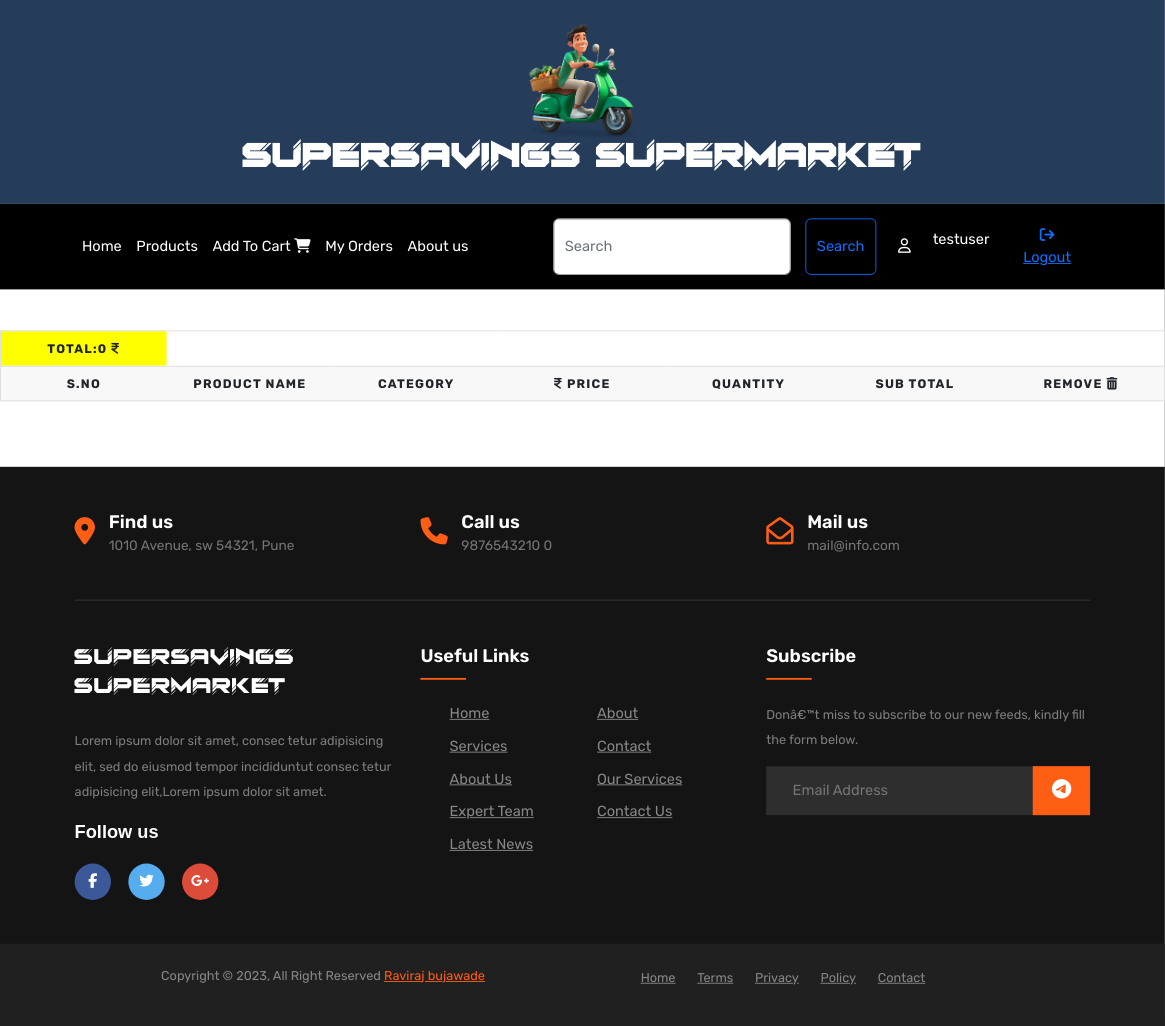
Repository: Raviraj39/SuperSaving-Online-Supermarket-Website
Page: http://localhost/Super_market/mycart.jsp
These files come from the project's save history. The page is drawn as it stood at one moment and after the next save; the edit follows.
The browser window is 1280 px wide. The pictures show the whole page, at 91% of full size.
The page is served by Tomcat 9. The session is filled in as if someone had signed in: {"username": "testuser", "email": "test@example.com"}. Other server files are loaded and not shown. Queries for data that is not in the repository find no rows.

Above is the page before, as saved 2023-12-28 13:11:30.

### Super_market/src/main/webapp/mycart.jsp
<%@ page language="java" contentType="text/html; charset=ISO-8859-1"
    pageEncoding="ISO-8859-1"%>
<!DOCTYPE html>
<html>
<head>
<meta charset="ISO-8859-1">
<title>SuperSaving Supermarket</title>
<link rel="stylesheet" href="css/homestyle.css">
<link rel="stylesheet" href="https://cdnjs.cloudflare.com/ajax/libs/font-awesome/6.5.1/css/all.min.css" integrity="sha512-DTOQO9RWCH3ppGqcWaEA1BIZOC6xxalwEsw9c2QQeAIftl+Vegovlnee1c9QX4TctnWMn13TZye+giMm8e2LwA==" crossorigin="anonymous" referrerpolicy="no-referrer" />
<link href="https://cdn.jsdelivr.net/npm/bootstrap@5.2.3/dist/css/bootstrap.min.css" rel="stylesheet"
		integrity="sha384-rbsA2VBKQhggwzxH7pPCaAqO46MgnOM80zW1RWuH61DGLwZJEdK2Kadq2F9CUG65" crossorigin="anonymous">

<link rel="preconnect" href="https://fonts.googleapis.com">
<link rel="preconnect" href="https://fonts.gstatic.com" crossorigin>
<link href="https://fonts.googleapis.com/css2?family=Rubik:ital,wght@0,300;0,400;0,500;0,600;0,700;0,800;0,900;1,300;1,400;1,500;1,600;1,700;1,800;1,900&display=swap"
		rel="stylesheet"></head>

<body>


<%@ include file="Header.jsp"  %>


<div style="color: white; text-align: center; font-size: 30px;">My Cart <i class='fas fa-cart-arrow-down'></i></div>


<%
		String msg=request.getParameter("msg");
if("notpossible".equals(msg))
{
%>
<p class="alert">There is only one Quantity! So click on remove!</p>
<%} %>


<%
if("inc".equals(msg))
{
%>
<p class="alert">Quantity  Increased Successfully!</p>
<%} %>
<%
if("dec".equals(msg))
{
%>
<p class="alert">Quantity  Decreased Successfully!</p>
<%} %>
<%
if("removed".equals(msg))
{
%>
<p class="alert">Product Successfully Removed!</p>
<%} %>
<table>
<thead>


  <%

      	int total=0;
      	int sno=0;

		try {
			Class.forName("com.mysql.cj.jdbc.Driver");

			Connection conn = DriverManager.getConnection("jdbc:mysql://localhost:3306/super_marketone","root","root");
			Statement stat = conn.createStatement();
			String email=session.getAttribute("email").toString();
			ResultSet rs=stat.executeQuery("select sum(total) from cart where email='"+email+"' " );
			while(rs.next()) {
				total=rs.getInt(1);
	%>

          <tr>
            <th scope="col" style="background-color: yellow;">Total:<%out.println(total); %> <i class="fa fa-inr"></i> </th>
          <%if(total>0){ %>

            <th scope="col"><a href="addpayment.jsp">Proceed to order</a></th><%} %>
          </tr>
        </thead>
        <thead>
          <tr>
          <th scope="col">S.No</th>
            <th scope="col">Product Name</th>
            <th scope="col">Category</th>
            <th scope="col"><i class="fa fa-inr"></i> price</th>
            <th scope="col">Quantity</th>
            <th scope="col">Sub Total</th>
            <th scope="col">Remove <i class='fas fa-trash-alt'></i></th>
          </tr>
        </thead>
        <tbody>

    <%
	ResultSet rs1=stat.executeQuery("select * from addproductadmin inner join cart on addproductadmin.p_id = cart.productid and cart.email='"+email+"' and cart.address is NULL" );
    while(rs1.next()) {


    %>
          <tr>
			<%sno =sno+1; %>
           <td><% out.println(sno); %></td>
            <td><%= rs1.getString(2) %></td>
            <td><%= rs1.getString(3) %></td>
            <td><i class="fa fa-inr"></i><%= rs1.getString(4) %> </td>
            <td><a href="incrdecre.jsp?id=<%= rs1.getString(1) %>&quantity=inc"><i class='fas fa-plus-circle'></i></a><%= rs1.getString(8) %>  <a href="incrdecre.jsp?id=<%= rs1.getString(1) %>&quantity=dec"><i class='fas fa-minus-circle'></i></a></td>
            <td><i class="fa fa-inr"></i><%= rs1.getString(10) %> </td>
            <td><a href="removeproduct.jsp?id=<%= rs1.getString(1) %>">Remove <i class='fas fa-trash-alt'></i></a></td>
          </tr>
          	<%
    }	}
        }catch(Exception e) {
			e.printStackTrace();
		}


          %>




        </tbody>
      </table>
      <br>
      <br>
      <br>

 <%@ include file="Footer.jsp" %>
</body>
</html>

### Super_market/src/main/webapp/Header.jsp
<%@ page language="java" contentType="text/html; charset=ISO-8859-1"
    pageEncoding="ISO-8859-1"%>
    <%@page import ="java.sql.*"%>
    <%@page import ="java.io.IOException" %>
    <%@ page import ="java.io.PrintWriter"%>
    <%@ page import ="javax.servlet.*" %>
    <%

    %>
<!DOCTYPE html>
<html>
<head>
<meta charset="ISO-8859-1">
<title>SuperSaving Supermarket</title>
<link rel="stylesheet" href="css/home.css">
<link rel="stylesheet" href="https://cdnjs.cloudflare.com/ajax/libs/font-awesome/6.5.1/css/all.min.css" integrity="sha512-DTOQO9RWCH3ppGqcWaEA1BIZOC6xxalwEsw9c2QQeAIftl+Vegovlnee1c9QX4TctnWMn13TZye+giMm8e2LwA==" crossorigin="anonymous" referrerpolicy="no-referrer" />
<link href="https://cdn.jsdelivr.net/npm/bootstrap@5.2.3/dist/css/bootstrap.min.css" rel="stylesheet"
		integrity="sha384-rbsA2VBKQhggwzxH7pPCaAqO46MgnOM80zW1RWuH61DGLwZJEdK2Kadq2F9CUG65" crossorigin="anonymous">

<link rel="preconnect" href="https://fonts.googleapis.com">
<link rel="preconnect" href="https://fonts.gstatic.com" crossorigin>
<link href="https://fonts.googleapis.com/css2?family=Rubik:ital,wght@0,300;0,400;0,500;0,600;0,700;0,800;0,900;1,300;1,400;1,500;1,600;1,700;1,800;1,900&display=swap"
		rel="stylesheet">
</head>
<body>
<div class="container-fluid main_top_nav ">
		<div class="text-center py-4  text-white ">

			<img src="./images/illustrations/BikeDilvery.webp" alt="" class="" height="130px">
			<h3 class="top-nav">SuperSavings Supermarket</h3>
		</div>
	</div>
	<nav class="navbar navbar-expand-lg bg-black text-white  py-3">
		<div class="container text-white">
			<button class="navbar-toggler" type="button" data-bs-toggle="collapse"
				data-bs-target="#navbarSupportedContent" aria-controls="navbarSupportedContent" aria-expanded="false"
				aria-label="Toggle navigation">
				<span class="navbar-toggler-icon"></span>
			</button>
			<div class="collapse navbar-collapse " id="navbarSupportedContent" >
				<ul class="navbar-nav me-auto mb-2 mb-lg-0  ">
					<li class="nav-item">
						<a class="nav-link active text-white" href="./Home.jsp">Home</a>
					</li>
					<li class="nav-item">
						<a class="nav-link text-white" href="./products.jsp">Products</a>
					</li>
					<li class="nav-item">
						<a class="nav-link text-white" href="./mycart.jsp">Add To Cart <i class="fa fa-shopping-cart"></i></a>
					</li>
					<li class="nav-item">
						<a class="nav-link text-white" href="./myorders.jsp">My Orders</a>
					</li>
					<li class="nav-item">
						<a class="nav-link text-white" href="#">About us</a>
					</li>
				</ul>
				<form class="d-flex text-center justify-content-between   " role="search" >
					<input class="form-control me-2" type="search" placeholder="Search" aria-label="Search">
					<button class="btn btn-outline-primary mx-2" type="submit">Search</button>
					<div class="d-flex align-items-center justify-content-between mx-3">
						<div class="">
						<i class="fa-regular fa-user "></i></div>
					<p class="ms-4 "><%= session.getAttribute("username") %></p>
					</div>
					<button class="btn mx-2"> <a href="logout"><i class="fa-solid fa-arrow-right-from-bracket"></i>Logout</a></button>

				</form>
			</div>
		</div>
</nav>

</body>
</html>

### Super_market/src/main/webapp/Footer.jsp
<%@ page language="java" contentType="text/html; charset=ISO-8859-1"
    pageEncoding="ISO-8859-1"%>
<!DOCTYPE html>
<html>
<head>
<meta charset="ISO-8859-1">
<title>SuperSaving Supermarket</title>
<link rel="stylesheet" href="css/home.css">
<link rel="stylesheet" href="https://cdnjs.cloudflare.com/ajax/libs/font-awesome/6.5.1/css/all.min.css" integrity="sha512-DTOQO9RWCH3ppGqcWaEA1BIZOC6xxalwEsw9c2QQeAIftl+Vegovlnee1c9QX4TctnWMn13TZye+giMm8e2LwA==" crossorigin="anonymous" referrerpolicy="no-referrer" />
<link href="https://cdn.jsdelivr.net/npm/bootstrap@5.2.3/dist/css/bootstrap.min.css" rel="stylesheet"
		integrity="sha384-rbsA2VBKQhggwzxH7pPCaAqO46MgnOM80zW1RWuH61DGLwZJEdK2Kadq2F9CUG65" crossorigin="anonymous">

<link rel="preconnect" href="https://fonts.googleapis.com">
<link rel="preconnect" href="https://fonts.gstatic.com" crossorigin>
<link href="https://fonts.googleapis.com/css2?family=Rubik:ital,wght@0,300;0,400;0,500;0,600;0,700;0,800;0,900;1,300;1,400;1,500;1,600;1,700;1,800;1,900&display=swap"
		rel="stylesheet">
</head>
<body>

<footer class="footer-section">
		<div class="container">
			<div class="footer-cta pt-5 pb-5">
				<div class="row">
					<div class="col-xl-4 col-md-4 mb-30">
						<div class="single-cta">
							<i class="fas fa-map-marker-alt"></i>
							<div class="cta-text">
								<h4>Find us</h4>
								<span>1010 Avenue, sw 54321, Pune</span>
							</div>
						</div>
					</div>
					<div class="col-xl-4 col-md-4 mb-30">
						<div class="single-cta">
							<i class="fas fa-phone"></i>
							<div class="cta-text">
								<h4>Call us</h4>
								<span>9876543210 0</span>
							</div>
						</div>
					</div>
					<div class="col-xl-4 col-md-4 mb-30">
						<div class="single-cta">
							<i class="far fa-envelope-open"></i>
							<div class="cta-text">
								<h4>Mail us</h4>
								<span>mail@info.com</span>
							</div>
						</div>
					</div>
				</div>
			</div>
			<div class="footer-content pt-5 pb-5">
				<div class="row">
					<div class="col-xl-4 col-lg-4 mb-50">
						<div class="footer-widget">
							<div class="footer-logo">
								<a href="">SuperSavings Supermarket</a>
							</div>
							<div class="footer-text">
								<p>Lorem ipsum dolor sit amet, consec tetur adipisicing elit, sed do eiusmod tempor
									incididuntut consec tetur adipisicing
									elit,Lorem ipsum dolor sit amet.</p>
							</div>
							<div class="footer-social-icon">
								<span>Follow us</span>
								<a href="#"><i class="fab fa-facebook-f facebook-bg"></i></a>
								<a href="#"><i class="fab fa-twitter twitter-bg"></i></a>
								<a href="#"><i class="fab fa-google-plus-g google-bg"></i></a>
							</div>
						</div>
					</div>
					<div class="col-xl-4 col-lg-4 col-md-6 mb-30">
						<div class="footer-widget">
							<div class="footer-widget-heading">
								<h3>Useful Links</h3>
							</div>
							<ul>
								<li><a href="Home.jsp">Home</a></li>
								<li><a href="#">about</a></li>
								<li><a href="#">services</a></li>
								<li><a href="#">Contact</a></li>
								<li><a href="#">About us</a></li>
								<li><a href="#">Our Services</a></li>
								<li><a href="#">Expert Team</a></li>
								<li><a href="#">Contact us</a></li>
								<li><a href="#">Latest News</a></li>
							</ul>
						</div>
					</div>
					<div class="col-xl-4 col-lg-4 col-md-6 mb-50">
						<div class="footer-widget">
							<div class="footer-widget-heading">
								<h3>Subscribe</h3>
							</div>
							<div class="footer-text mb-25">
								<p>Don’t miss to subscribe to our new feeds, kindly fill the form below.</p>
							</div>
							<div class="subscribe-form">
								<form action="#">
									<input type="text" placeholder="Email Address">
									<button><i class="fab fa-telegram-plane"></i></button>
								</form>
							</div>
						</div>
					</div>
				</div>
			</div>
		</div>
		<div class="copyright-area">
			<div class="container">
				<div class="row">
					<div class="col-xl-6 col-lg-6 text-center text-lg-left">
						<div class="copyright-text">
							<p>Copyright &copy; 2023, All Right Reserved <a href="">Raviraj bujawade</a></p>
						</div>
					</div>
					<div class="col-xl-6 col-lg-6 d-none d-lg-block text-right">
						<div class="footer-menu">
							<ul>
								<li><a href="#">Home</a></li>
								<li><a href="#">Terms</a></li>
								<li><a href="#">Privacy</a></li>
								<li><a href="#">Policy</a></li>
								<li><a href="#">Contact</a></li>
							</ul>
						</div>
					</div>
				</div>
			</div>
		</div>
	</footer>

</body>
</html>

### Super_market/src/main/webapp/css/homestyle.css
    body {
  font-family: "Open Sans", sans-serif;
  line-height: 1.25;
  background-color: #6C63AC;
}
a
{
	text-decoration: none;
}
.sticky {
  position: -webkit-sticky;
  position: sticky;
  top: 0;
}

@font-face {
	font-family: fonts;
	src: url(../fonts/moto-verse.otf);
}
.top-nav >div{
	font-family: fonts;
	font-weight: 900;
	font-size: 4em;
}
.navtop{
	background-color: #6C63AC;
}
.carousel-img{
	height: 75vh;
}
table {
  border: 1px solid #ccc;
  border-collapse: collapse;
  margin: 0;
  padding: 0;
  width: 100%;
  /*margin-left: 5%;*/
  table-layout: fixed;
}

table caption {
  font-size: 1.5em;
  margin: .5em 0 .75em;
}

table tr {
  background-color: #f8f8f8;
  border: 1px solid #ddd;
  padding: .35em;
}

table th,
table td {
  padding: .625em;
  text-align: center;
}

table th {
  font-size: .85em;
  letter-spacing: .1em;
  text-transform: uppercase;
}

@media screen and (max-width: 600px) {
  table {
    border: 0;
  }

  table caption {
    font-size: 1.3em;
  }

  table thead {
    border: none;
    clip: rect(0 0 0 0);
    height: 1px;
    margin: -1px;
    overflow: hidden;
    padding: 0;
    position: absolute;
    width: 1px;
  }

  table tr {
    border-bottom: 3px solid #ddd;
    display: block;
    margin-bottom: .625em;
  }

  table td {
    border-bottom: 1px solid #ddd;
    display: block;
    font-size: .8em;
    text-align: right;
  }

  table td::before {
    /*
    * aria-label has no advantage, it won't be read inside a table
    content: attr(aria-label);
    */
    content: attr(data-label);
    float: left;
    font-weight: bold;
    text-transform: uppercase;
  }

  table td:last-child {
    border-bottom: 0;
  }
}

/*Header Css*/
* {box-sizing: border-box;}

    body {
      margin: 0;
      font-family: Arial, Helvetica, sans-serif;
    }

    .topnav {
      overflow: hidden;
      background-color: #e9e9e9;
    }

    .topnav a {
      float: left;
      display: block;
      color: black;
      text-align: center;
      padding: 14px 16px;
      text-decoration: none;
      font-size: 17px;
    }

    .topnav a:hover {
      background-color: #ddd;
      color: black;
    }

    .topnav a.active {
      background-color: #2196F3;
      color: white;
    }

    .topnav .search-container {
      float: right;
    }

    .topnav input[type=text] {
      padding: 6px;
      margin-top: 8px;
      font-size: 17px;
      border: none;
    }

    .topnav .search-container button {
      float: right;
      padding: 6px 10px;
      margin-top: 8px;
      margin-right: 16px;
      background: #ddd;
      font-size: 17px;
      border: none;
      cursor: pointer;
    }

    .topnav .search-container button:hover {
      background: #ccc;
    }

    @media screen and (max-width: 600px) {
      .topnav .search-container {
        float: none;
      }
      .topnav a, .topnav input[type=text], .topnav .search-container button {
        float: none;
        display: block;
        text-align: left;
        width: 100%;
        margin: 0;
        padding: 14px;
      }
      .topnav input[type=text] {
        border: 1px solid #ccc;
      }

    }





.input-style {
  width: 90%;
  padding: 12px 20px;
  margin-left:5%;
  box-sizing: border-box;
  border: none;
  background-color:white;
  color: black;
  font-size: 16px;
}

input[type=text]:focus, textarea:focus,button:focus{
  outline: 4px solid orange;
  background-color:rgb(224, 255, 219);     /* oranges! yey */
}

.button {
  background-color: aqua;
  border: none;
  color: black;
  padding: 12px 20px;
  text-align: center;
  text-decoration: none;
  display: inline-block;
  font-size: 14px;
  margin: 4px 2px;
  transition-duration: 0.4s;
  cursor: pointer;
  margin-left:5%;
  font-size: 16px;
  width: 90%;
   border-radius: 25px;
}

.button:hover {
  background-color: #555555;
  color: white;
}


.alert
{
	color:yellow;
}

.profile-style
{
	border-style: dotted;

}

.left-div
{
	width: 50%;
	display:inline-block;
}

.right-div
{
	float:right;
	width: 50%;
	display:inline-block;
}
/*footer*/
.footer {
   position: fixed;
   left: 0;
   bottom: 0;
   width: 100%;
   background-color:#ccc;
   color:black;
   text-align: center;
}

.h2222 {
  width: 100%;
  padding: 12px 20px;
  margin: 8px 0;
  box-sizing: border-box;
  border: none;
  background-color: #3CBC8D;
  color: white;
}

### Super_market/src/main/webapp/css/home.css
@font-face {
	font-family: fonts;
	src: url(../fonts/moto-verse.otf);
}
@font-face {
  font-family: fonts-peacher;
  src: url(../fonts/Peacher.ttf);
}

:root{
  --fonts-rubic: 'Rubik', sans-serif;
}
*{
  font-family: var(--fonts-rubic);
}


.top-nav{
	font-family: fonts;
	font-weight: 900;
	font-size: 2em;
}
.main_top_nav{
	background-color: #253D5B;
}

.carousel-img{
	height: 80vh;
}

/*  */
.carousel-caption{
 top: 20%;
}
.carousel-caption h2{
  font-size: 3em;
    font-weight: 800;
    letter-spacing: 0px;
    text-transform: uppercase;
    text-shadow: 3px 8px 2px rgb(12, 12, 12);
    background: rgba(0, 0, 0, 0.34);
    padding: 50px 10%;
}

.carousel-caption h2 >span{
  color:#FF5722;
}
.carousel-caption p{
  font-size: 2em;
  font-weight: 700;
  /* color: #999; */
}
.carousel-caption p >span{
  color: red;
  font-size: 2.5em;
}

/* Our Top Products */
.product-card {
    width: 380px;
    position: relative;
    box-shadow: 0 2px 7px #dfdfdf;
    margin: 50px auto;
    background: #fafafa;
}

.badge {
    position: absolute;
    left: 0;
    top: 20px;
    text-transform: uppercase;
    font-size: 13px;
    font-weight: 700;
    background: red;
    color: #fff;
    padding: 3px 10px;
}

.product-tumb {
    display: flex;
    align-items: center;
    justify-content: center;
    height: 300px;
    padding: 50px;
    background: #f0f0f0;
}

.product-tumb img {
    max-width: 100%;
    max-height: 100%;
}

.product-details {
    padding: 30px;
}

.product-catagory {
    display: block;
    font-size: 12px;
    font-weight: 700;
    text-transform: uppercase;
    color: #ccc;
    margin-bottom: 18px;
}

.product-details h4 a {
    font-weight: 500;
    display: block;
    margin-bottom: 18px;
    text-transform: uppercase;
    color: #363636;
    text-decoration: none;
    transition: 0.3s;
}

.product-details h4 a:hover {
    color: #fbb72c;
}

.product-details p {
    font-size: 15px;
    line-height: 22px;
    margin-bottom: 18px;
    color: #999;
}

.product-bottom-details {
    overflow: hidden;
    border-top: 1px solid #eee;
    padding-top: 20px;
}

.product-bottom-details div {
    float: left;
    width: 50%;
}

.product-price {
    font-size: 18px;
    color: #fbb72c;
    font-weight: 600;
}

.product-price small {
    font-size: 80%;
    font-weight: 400;
    text-decoration: line-through;
    display: inline-block;
    margin-right: 5px;
}

.product-links {
    text-align: right;
}

.product-links a {
    display: inline-block;
    margin-left: 5px;
    color: #e1e1e1;
    transition: 0.3s;
    font-size: 17px;
}

.product-links a:hover {
    color: #fbb72c;
}

.addcart{
  font-size: 13px;
    color: #fff;
    background: #1accfd;
    text-decoration: none;
    position: relative;
    border: none;
    border-radius: 0;
    /* width: 100%; */
    text-transform: uppercase;
    padding: 13px;
    outline: none;
    letter-spacing: 1px;
    font-weight: 600;
    margin-top: 20px;
}



/* offer-section */
.count-div h2{
  font-family: fonts;
}






/* paymentcart-section */
.paymentcart-section{
	background-image: url(../images/background/background137.jpg);
	background-position: center;
	background-repeat: no-repeat;
	height: 60vh;
}

.paymentcart-section div{
	opacity: 0.8;
	background-color: rgb(188, 194, 216);;
	padding: 40px 0px;
	}
.ul-list{
	text-align: center;
	display: flex;
	flex-direction: row;
	flex-wrap: nowrap;
	align-items: center;
	justify-content: center;
}
.ul-list li img{
	max-width: 6em;
	padding-bottom: 10px;
}
.ul-list li{
	margin: 0px 30px;
}


/* footer */
ul {
    margin: 0px;
    padding: 0px;
}
.footer-section {
  background: #151414;
  position: relative;
}
.footer-cta {
  border-bottom: 1px solid #373636;
}
.single-cta i {
  color: #ff5e14;
  font-size: 30px;
  float: left;
  margin-top: 8px;
}
.cta-text {
  padding-left: 15px;
  display: inline-block;
}
.cta-text h4 {
  color: #fff;
  font-size: 20px;
  font-weight: 600;
  margin-bottom: 2px;
}
.cta-text span {
  color: #757575;
  font-size: 15px;
}
.footer-content {
  position: relative;
  z-index: 2;
}
.footer-pattern img {
  position: absolute;
  top: 0;
  left: 0;
  height: 330px;
  background-size: cover;
  background-position: 100% 100%;
}
.footer-logo {
  margin-bottom: 30px;
}
.footer-logo img {
    max-width: 200px;
}
.footer-text p {
  margin-bottom: 14px;
  font-size: 14px;
      color: #7e7e7e;
  line-height: 28px;
}
.footer-social-icon span {
  color: #fff;
  display: block;
  font-size: 20px;
  font-weight: 700;
  font-family: 'Poppins', sans-serif;
  margin-bottom: 20px;
}
.footer-social-icon a {
  color: #fff;
  font-size: 16px;
  margin-right: 15px;
}
.footer-social-icon i {
  height: 40px;
  width: 40px;
  text-align: center;
  line-height: 38px;
  border-radius: 50%;
}
.facebook-bg{
  background: #3B5998;
}
.twitter-bg{
  background: #55ACEE;
}
.google-bg{
  background: #DD4B39;
}
.footer-widget-heading h3 {
  color: #fff;
  font-size: 20px;
  font-weight: 600;
  margin-bottom: 40px;
  position: relative;
}
.footer-widget-heading h3::before {
  content: "";
  position: absolute;
  left: 0;
  bottom: -15px;
  height: 2px;
  width: 50px;
  background: #ff5e14;
}
.footer-widget ul li {
  display: inline-block;
  float: left;
  width: 50%;
  margin-bottom: 12px;
}
.footer-widget ul li a:hover{
  color: #ff5e14;
}
.footer-widget ul li a {
  color: #878787;
  text-transform: capitalize;
}
.subscribe-form {
  position: relative;
  overflow: hidden;
}
.subscribe-form input {
  width: 100%;
  padding: 14px 28px;
  background: #2E2E2E;
  border: 1px solid #2E2E2E;
  color: #fff;
}
.subscribe-form button {
    position: absolute;
    right: 0;
    background: #ff5e14;
    padding: 13px 20px;
    border: 1px solid #ff5e14;
    top: 0;
}
.subscribe-form button i {
  color: #fff;
  font-size: 22px;
  transform: rotate(-6deg);
}
.copyright-area{
  background: #202020;
  padding: 25px 0;
}
.copyright-text p {
  margin: 0;
  font-size: 14px;
  color: #878787;
}
.copyright-text p a{
  color: #ff5e14;
}
.footer-menu li {
  display: inline-block;
  margin-left: 20px;
}
.footer-menu li:hover a{
  color: #ff5e14;
}
.footer-menu li a {
  font-size: 14px;
  color: #878787;
}
.footer-logo a{
	text-decoration: none;
	color: #fff;
	font-size: 1.3em;
	font-family: fonts;
}
.footer-logo a:hover{
	color: #fff;
}

After the next save:
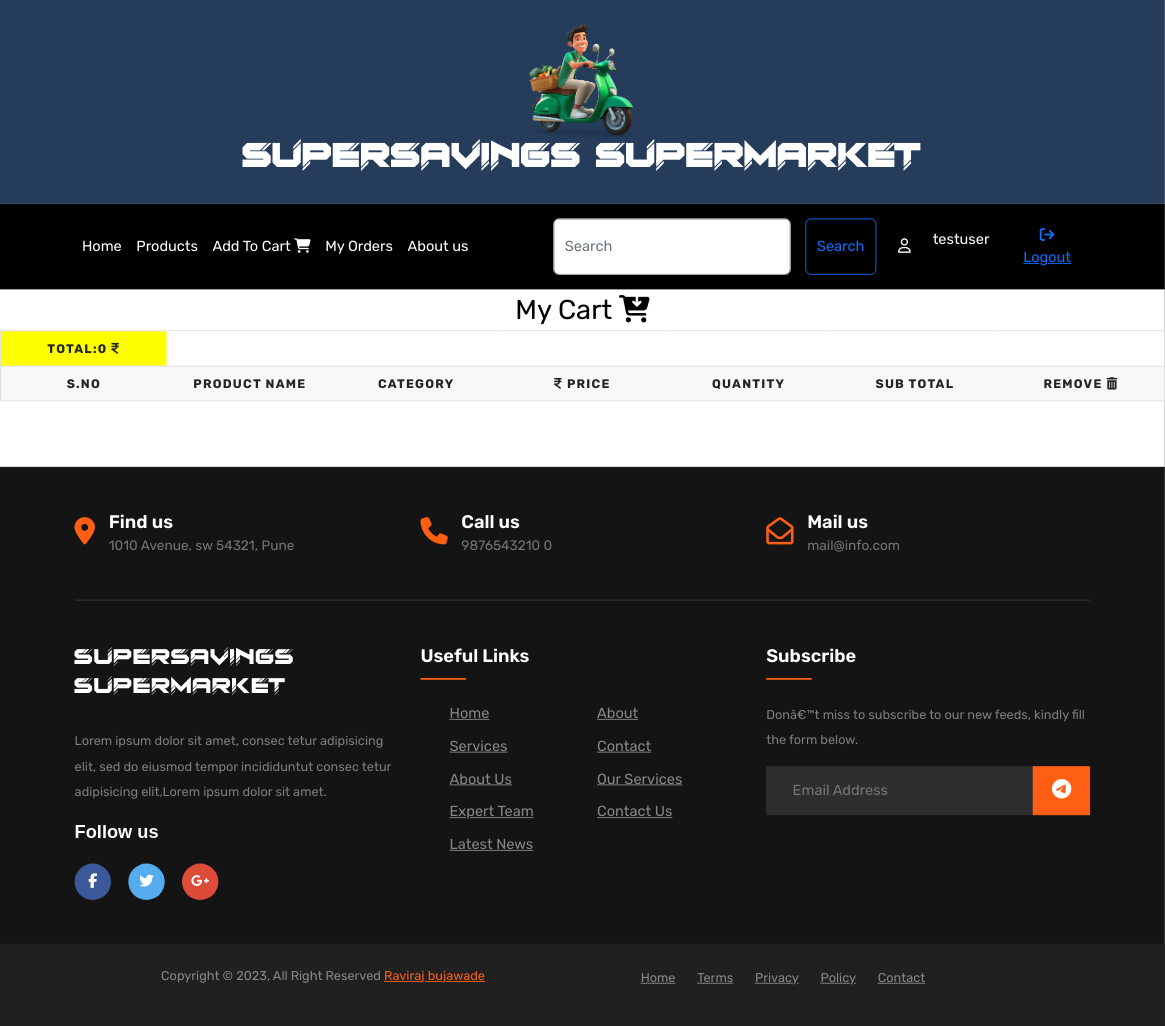
Saved 19 s later.
--- a/Super_market/src/main/webapp/mycart.jsp
+++ b/Super_market/src/main/webapp/mycart.jsp
@@ -21,7 +21,7 @@
 <%@ include file="Header.jsp"  %>
 
 
-<div style="color: white; text-align: center; font-size: 30px;">My Cart <i class='fas fa-cart-arrow-down'></i></div>
+<div style="color: black; text-align: center; font-size: 30px;">My Cart <i class='fas fa-cart-arrow-down'></i></div>
 
 
 <%
